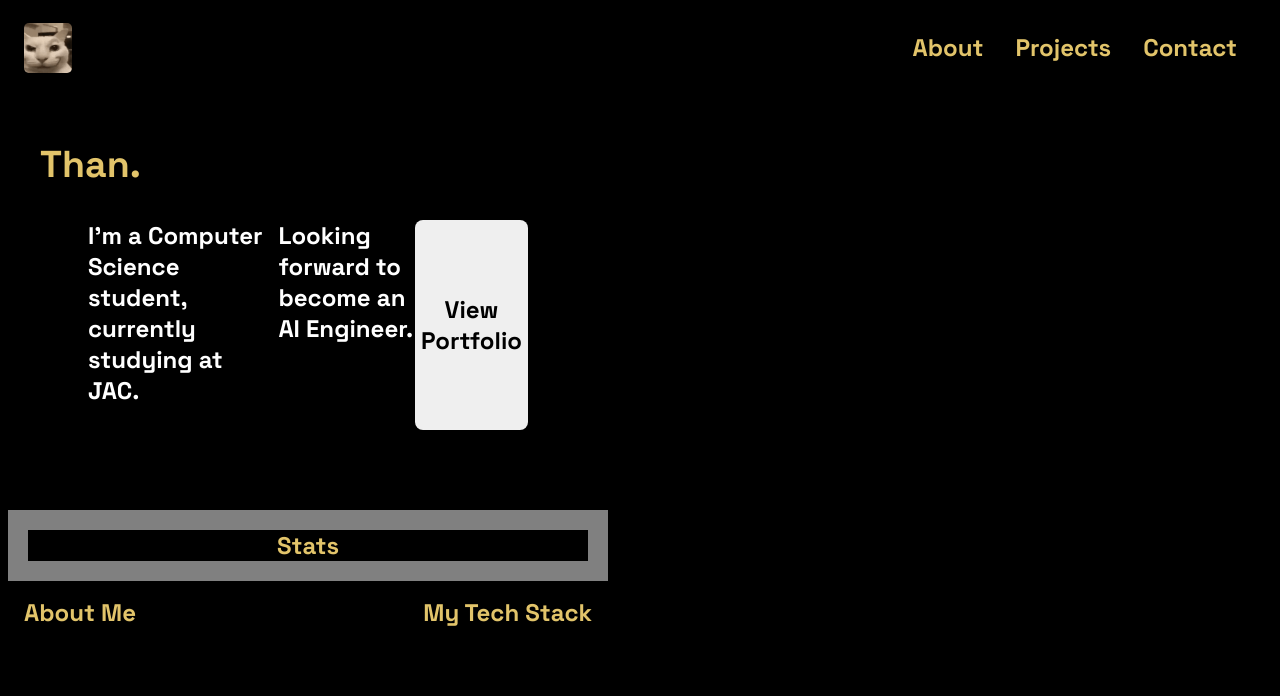
Repository: Than-dot/Than-dot
Page: index.html
An editor plug-in stored every save of this project. The page is shown before and after a run of saves, followed by the edit.
The browser window is 1280 px wide. The pictures show the whole page.

Above is the page before, as saved 2026-05-06 12:32:30.

### index.html
<!doctype html>
<html lang="en">
  <head>
    <meta charset="UTF-8" />
    <meta name="viewport" content="width=device-width, initial-scale=1.0" />
    <title>Than</title>
    <link rel="stylesheet" href="styles/global.css" />
    <link rel="stylesheet" href="styles/index.css" />
  </head>

  <body>
    <header>
      <nav>
        <img src="./assets/images/uncanny-cat-freaky.png" alt="cat" />
        <ul class="nav-center">
          <li>About</li>
          <li>Projects</li>
          <li>Contact</li>
        </ul>
      </nav>
    </header>
    <main>
      <section class="container1">
        <article class="f-art"><h1>Than.</h1></article>
        <aside class="f-asi">
          <p>I'm a Computer Science student, currently studying at JAC.</p>
          <p>Looking forward to become an AI Engineer.</p>
          <button>View Portfolio</button>
        </aside>
        <article class="stats">Stats</article>
      </section>
    </main>
    <section class="container2">
      <aside class="s-asi">About Me</aside>
      <article class="s-art">My Tech Stack</article>
    </section>
  </body>
</html>

### styles/global.css
@font-face {
  font-family: Space-Grotesk;
  src: url(/assets/font/Space_Grotesk/SpaceGrotesk-VariableFont_wght.ttf);
}

body {
  font-family: Space-Grotesk, sans-serif;
  font-weight: bold;
  font-size: 1.5rem;
}

button {
  font-family: Space-Grotesk, sans-serif;
  font-weight: bold;
  font-size: 1.5rem;
}

.f-art {
  font-size: 2rem;
}

### styles/index.css
body {
  width: 100%;
  max-width: 600px;
  background-color: black;
  color: #e2c46a;
}
.container1 {
  display: flex;
  flex-direction: column;
}

.f-art {
  margin: 2rem;
  margin-top: 1rem;
}

.f-asi {
  display: grid;
  margin-top: 0;
  justify-content: space-between;
}

p {
  margin: 0;
  margin-bottom: 1.5rem;
  color: white;
}

.stats {
  border: 20px solid grey;
  text-align: center;
}

.s-art {
}

.s-asi {
}

.container2 {
  display: flex;
  flex-direction: row;
  justify-content: space-between;
  margin: 1rem;
}

button {
  border-radius: 8px;
  border: none;
  max-width: 10rem;
  margin-left: rem;

}

button:hover {
  box-shadow: 0 6px 12px rgba(0, 0, 0, 0.15);
}

img {
  height: 50px;
  width: auto;
  margin-left: 1rem;
  border-radius: 10%;
}

.nav-center {
  display: flex;
  gap: 32px;
  list-style: none;
  margin-left: 10rem;
}

nav {
  align-items: center;
  display: flex;
  border: white;
}

h1 {
  margin-bottom: 0;
}

@media screen and (min-width: 700px) {
  body {
    width: 100%;
  }
  .nav-center {
    display: flex;
    gap: 32px;
    list-style: none;
    margin-left: 50rem;
  }
  .f-asi {
    display: grid;
    margin-top: 0;
    justify-content: space-between;
  }
  .f-asi {
    display: flex;
    margin: 5rem;
    margin-top: 0;
    justify-content: space-between;
  }
}

After the next 3 saves:
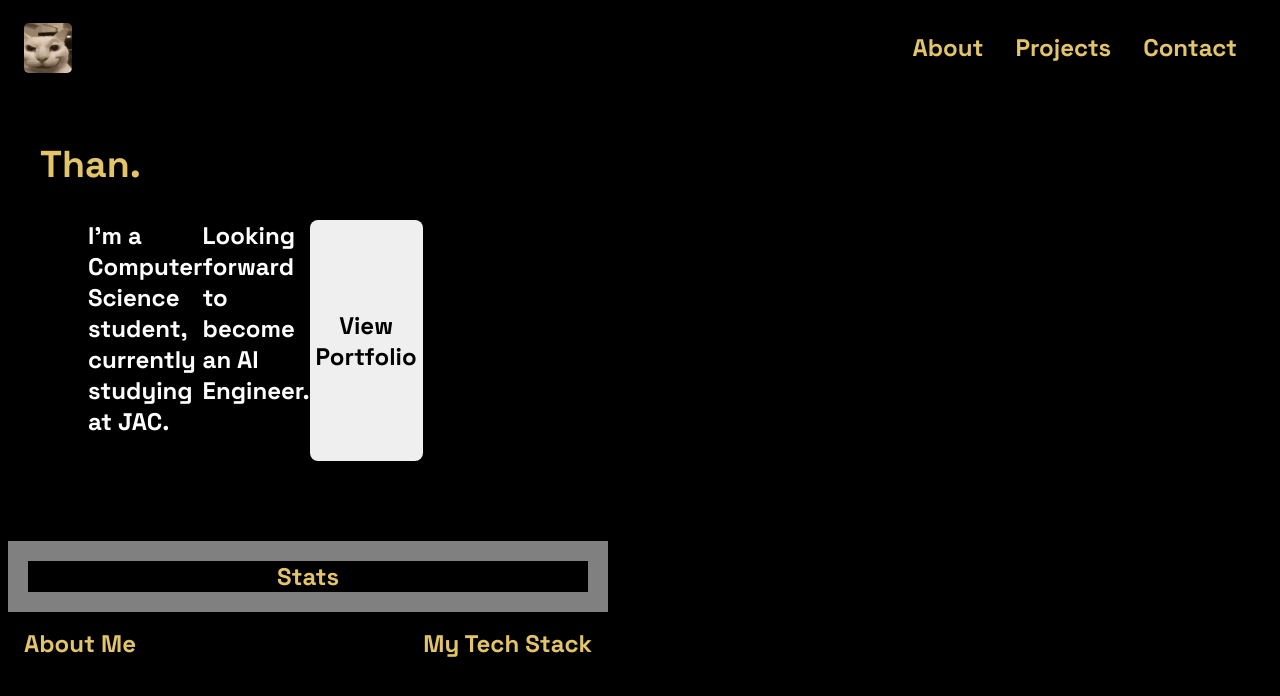
The 3 saves are shown as one change because they came seconds apart.
The last was saved 12 s later.
--- a/styles/index.css
+++ b/styles/index.css
@@ -49,7 +49,7 @@ button {
   border: none;
   max-width: 10rem;
   margin-left: rem;
-
+  margin-right: 10rem;
 }
 
 button:hover {
